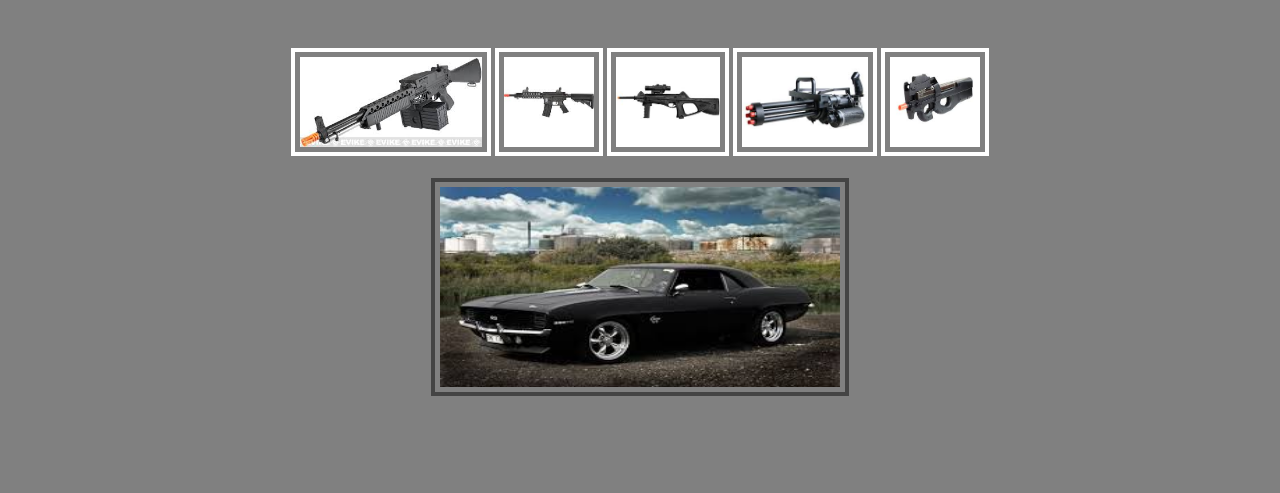
Repository: VladimirJetchev/JavaScriptHomework
Page: HomeworkJS/Task9JS/Task9JS.html
The author's editor kept a copy of each file at every save. The page is drawn from the files as they stood at one save, then again after the next save.
The browser window is 1280 px wide. The pictures show the whole page.

Above is the page before, as saved 2016-01-11 19:36:51.

After the next save:
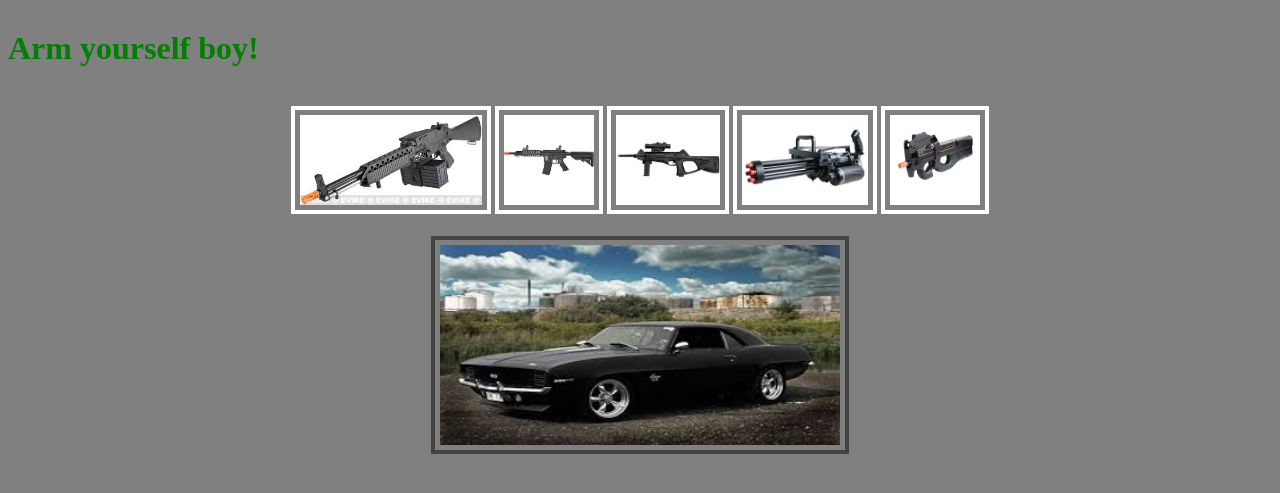
Saved 51 s later.
--- a/HomeworkJS/Task9JS/Task9JS.html
+++ b/HomeworkJS/Task9JS/Task9JS.html
@@ -1,8 +1,8 @@
 <!DOCTYPE html>
 <html>
 <head>
+<h1>Arm yourself boy!</h1>
 <link rel="stylesheet" type="text/css" href="Task9.css">
-
 </head>
 <body>
 
